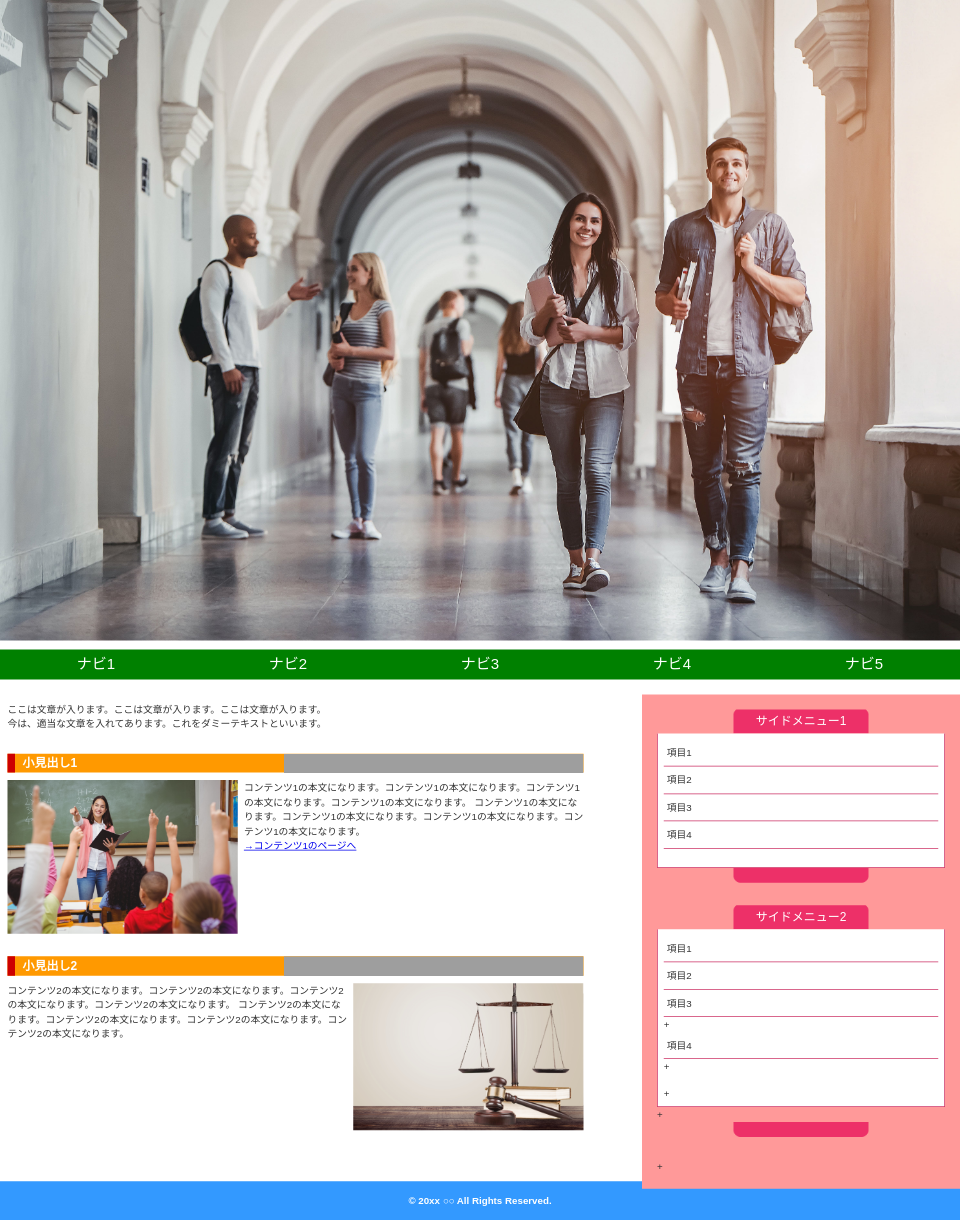
Repository: sadayuki15/sumurai_HTML_CSS
Page: home.html
The author's editor kept a record of every edit. The page is drawn from the files as they stood at one moment, then again after the next edit.
The browser window is 1280 px wide. The pictures show the whole page, at 75% of full size.
Pictures or frames that could not be fetched are drawn as grey boxes.

Above is the page before.

### home.html
<!DOCTYPE html>
<html lang="ja">
    <head>
        <meta charset="UTF-8">
        <title>HTML/CSSの学習</title>
        <link rel="stylesheet" href="stylesheet.css">
    </head>
    <body>
        <div id="header">
            <h1><a href="index.html"><img id="corridor" src="images/corridor.jpg" alt="大学の廊下" /></a></h1>
        </div>
        <div id="wrapper">
            <div id="nav">
                <ul>
                    <li><a href="home.html">ナビ1</a></li>
                    <li><a href="#">ナビ2</a></li>
                    <li><a href="#">ナビ3</a></li>
                    <li><a href="#">ナビ4</a></li>
                    <li><a href="#">ナビ5</a></li>
                </ul>
            </div>
            <div id="container">
                <div id="main">
                    <div class="post">
                        <p>ここは文章が入ります。ここは文章が入ります。ここは文章が入ります。<br />今は、適当な文章を入れてあります。これをダミーテキストといいます。</p>
                    </div>
                    <div class="post clearfix">
                        <h2>小見出し1</h2>
                        <img class="left" src="images/classroom.jpg" alt="授業風景" />
                        <p>
                            コンテンツ1の本文になります。コンテンツ1の本文になります。コンテンツ1の本文になります。コンテンツ1の本文になります。
                            コンテンツ1の本文になります。コンテンツ1の本文になります。コンテンツ1の本文になります。コンテンツ1の本文になります。
                        </p>
                        <p><a href="#">→コンテンツ1のページへ</a></p>
                    </div>
                    <div class="post clearfix">
                        <h2>小見出し2</h2>
                        <img class="right" src="images/scale.jpg" alt="天秤" />
                        <p>
                            コンテンツ2の本文になります。コンテンツ2の本文になります。コンテンツ2の本文になります。コンテンツ2の本文になります。
                            コンテンツ2の本文になります。コンテンツ2の本文になります。コンテンツ2の本文になります。コンテンツ2の本文になります。
                        </p>
                    </div>
                </div>
            </div>
             <div id="side">
                 <div class="box">
                     <h2>サイドメニュー1</h2>
                     <div class="boxBody">
                         <ul>
                             <li>項目1</li>
                             <li>項目2</li>
                             <li>項目3</li>
                             <li>項目4</li>
                         </ul>
                     </div>
                 </div>
                 <div class="box">
                     <h2>サイドメニュー2</h2>
                     <div class="boxBody">
                         <ul>
                             <li>項目1</li>
                             <li>項目2</li>
                             <li>項目3</li>
+                            <li>項目4</li>
+                        </ul>
+                    </div>
+                </div>
+            </div>
        </div>
        <div id="footer">
            <p>&copy; 20xx ○○ All Rights Reserved.</p>
        </div>
    </body>
</html>

### stylesheet.css
@charset "utf-8";

body {
	margin: 0;
	padding: 0;
	font-family: "ヒラギノ角ゴ Pro W3", "Hiragino Kaku Gothic Pro", "メイリオ", Meiryo, Osaka, "ＭＳ Ｐゴシック", "MS PGothic", sans-serif;
	color: #333;
	font-size: 13px;
	line-height: 150%;
}

/* -------------------- wrapper -------------------- */
#wrapper {
	width: 100%;
	margin: auto;
	padding: 0px;
	border: 0px;
	background-color: #FFF;
	top: 10px;
	position: relative;
}

/* -------------------- header -------------------- */
#header {
	width: 100%;
}
#header h1 {
	margin: 0;
	padding: 0;
}

#corridor {
	width: 100%;
	height: auto;
}

/* -------------------- footer -------------------- */
#footer {
	clear: both;
	width: 100%;
	padding: 3px 0 3px 0;
	background: #39F;
	color: #FFF;
	font-weight: bold;
	text-align: center;
}

/* -------------------- nav -------------------- */
#nav {
	width: 100%;
}
#nav ul {
	margin: 0;
	padding: 0;
	list-style-type: none;
}
#nav ul li {
	float: left;
	width: 20%;
	text-align: center;
}
#nav ul li a {
	display: block;
	height: 20px;
	margin: 0;
	padding: 10px;
	color: #FFF;
	font-size: 20px;
	text-decoration: none;
	background-color: green;
}
#nav ul li :hover {
		filter: drop-shadow(10px 10px 10px black);
}

/* -------------------- container -------------------- */
#container {
	width: 100%;
	margin: auto ;
	padding: auto;
	padding-top: 20px;
	clear: both;
}
/* -------------------- main -------------------- */
#main {
	float: left;
	width: 60%;
	padding: 10px 30px 10px 10px;
}
#main h2 {
	margin: 0 0 10px 0;
	padding: 3px 10px 3px 10px;
	color: #FFF;
	font-size: 16px;
	border-left: solid 10px #C00;
	background: #F90 url(../images/main_h2.jpg) right top repeat-y;
}
#main p {
	margin: 0;
	padding: 0;
}
#main .post {
	margin: 0 0 30px 0;
}

#main .post img.right {
	margin: 0 0 0 8px;
}
#main .post img.left {
	margin: 0 8px 0 0;
}

.right {
	float: right;
	width: 40%;
	height: auto;
}
.left {
	float: left;
	width: 40%;
	height: auto;
}

/* -------------------- clearfix -------------------- */
.clearfix {
	zoom: 1;
}
.clearfix:after{
	content: "";
	display: block;
	clear: both;
}

  /* -------------------- side -------------------- */
  #side {
  	 float: right;
  	 width: 30%;
 	 padding: 20px;
 	 background-color: #F99;
  }
  #side .box {
 	 margin: 0 auto 30px auto;
 	 padding: 0 0 20px 0;
 	 background: url(images/side_box.png) bottom no-repeat;
  }
  #side .box h2 {
 	 margin: 0;
 	 padding: 8px;
 	 text-align: center;
 	 color: #fff;
 	 font-size: 16px;
 	 line-height: 16px;
 	 font-weight: normal;
 	 background: url(images/side_box_h2.png) center no-repeat;
  }
  #side .box .boxBody {
 	 padding: 8px;
 	 border-right: solid 1px #C36;
 	 border-bottom: solid 1px #C36;
 	 border-left: solid 1px #C36;
 	 background: #fff;
  }
  #side .box .boxBody ul {
 	 margin: 0 0 16px 0;
 	 padding: 0;
  }
  #side .box .boxBody ul li {
 	 padding: 8px 0 8px 4px;
 	 list-style: none;
 	 border-bottom: solid 1px #C36;
  }
  #side .box .boxBody ul li:hover {
  		padding: 8px 0 8px 4px;
  		list-style: none;
  		border-bottom: solid 1px #C36;
  		box-shadow: 0px 4px 4px rgba(0, 0, 0, 0.3);
  }

After the next edit:
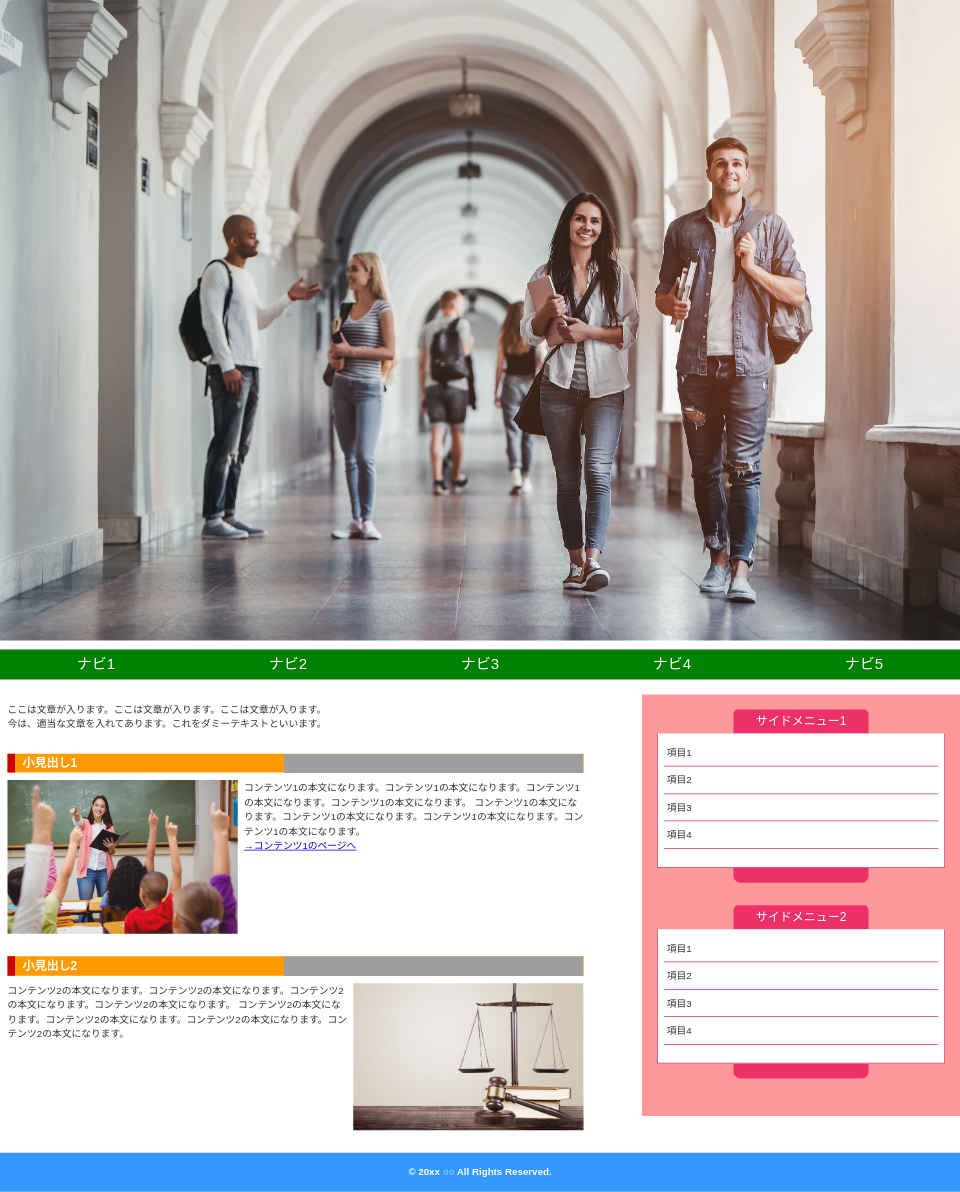
The edit:
--- a/home.html
+++ b/home.html
@@ -62,11 +62,11 @@
                              <li>項目1</li>
                              <li>項目2</li>
                              <li>項目3</li>
-+                            <li>項目4</li>
-+                        </ul>
-+                    </div>
-+                </div>
-+            </div>
+                             <li>項目4</li>
+                         </ul>
+                     </div>
+                 </div>
+             </div>
         </div>
         <div id="footer">
             <p>&copy; 20xx ○○ All Rights Reserved.</p>
